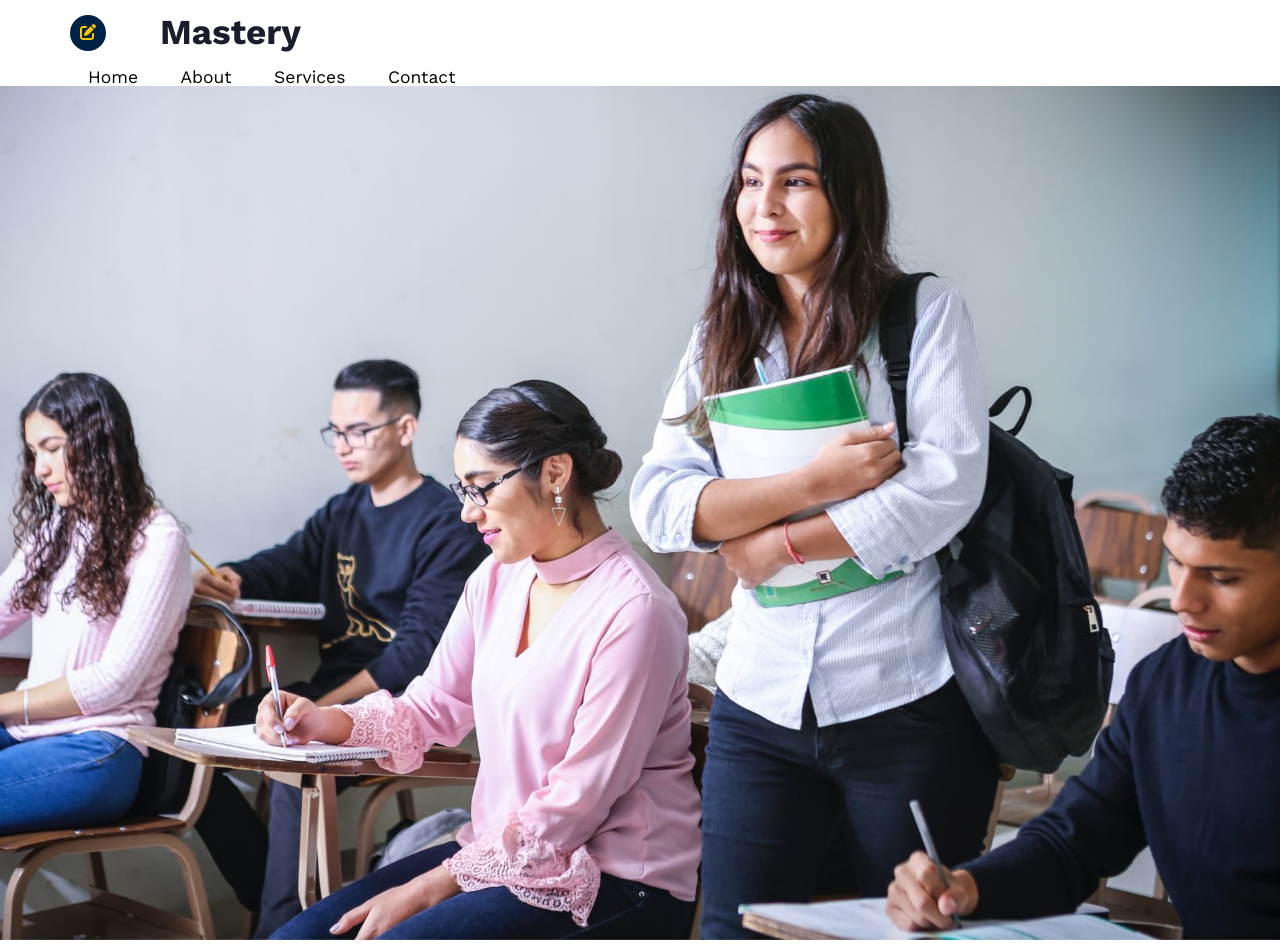
Repository: giahuy405/BC38__Mastery__Pham_Gia_Huy
Page: index.html
The author's editor kept a copy of each file at every save. The page is drawn from the files as they stood at one save, then again after the next save.
The browser window is 1280 px wide. The pictures show the whole page.

Above is the page before, as saved 2022-09-09 15:47:58.

After the next save:
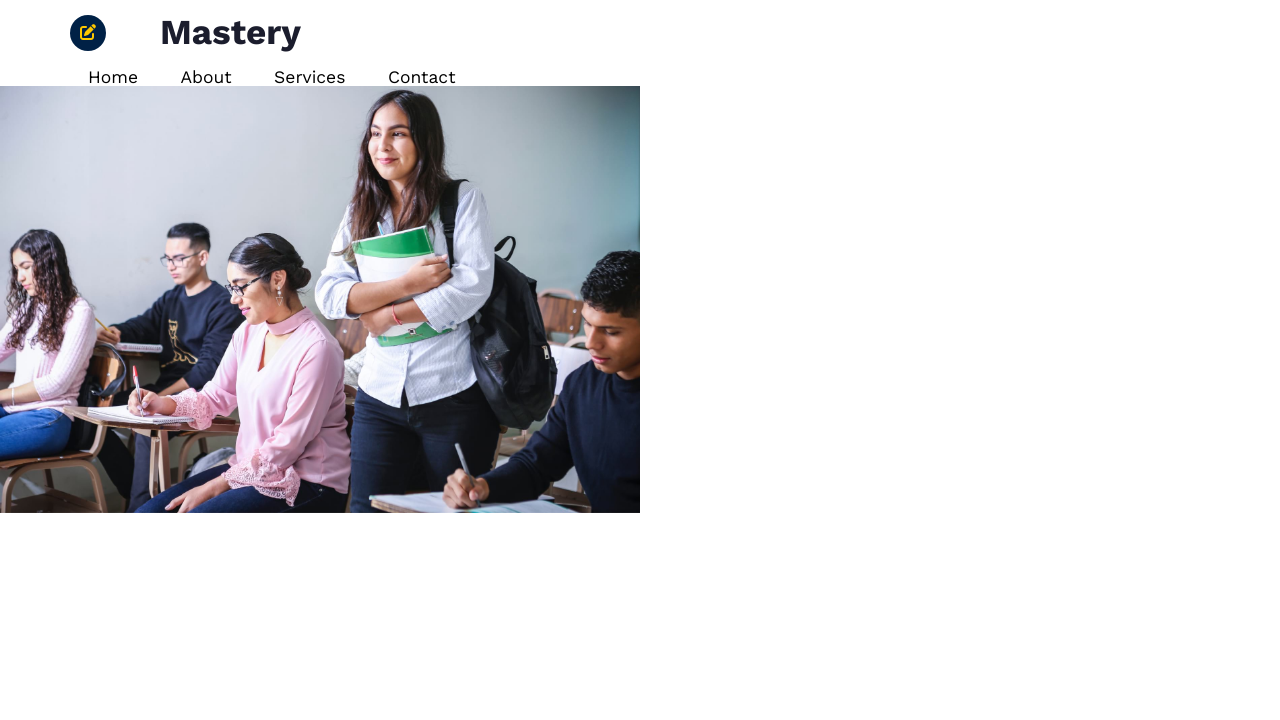
Saved 23 s later.
--- a/index.css
+++ b/index.css
@@ -178,5 +178,5 @@
     width: 100%;
 }
  .carousel img{
-    max-width: 100%;
+    max-width: 50%;
  }

After the save that followed:
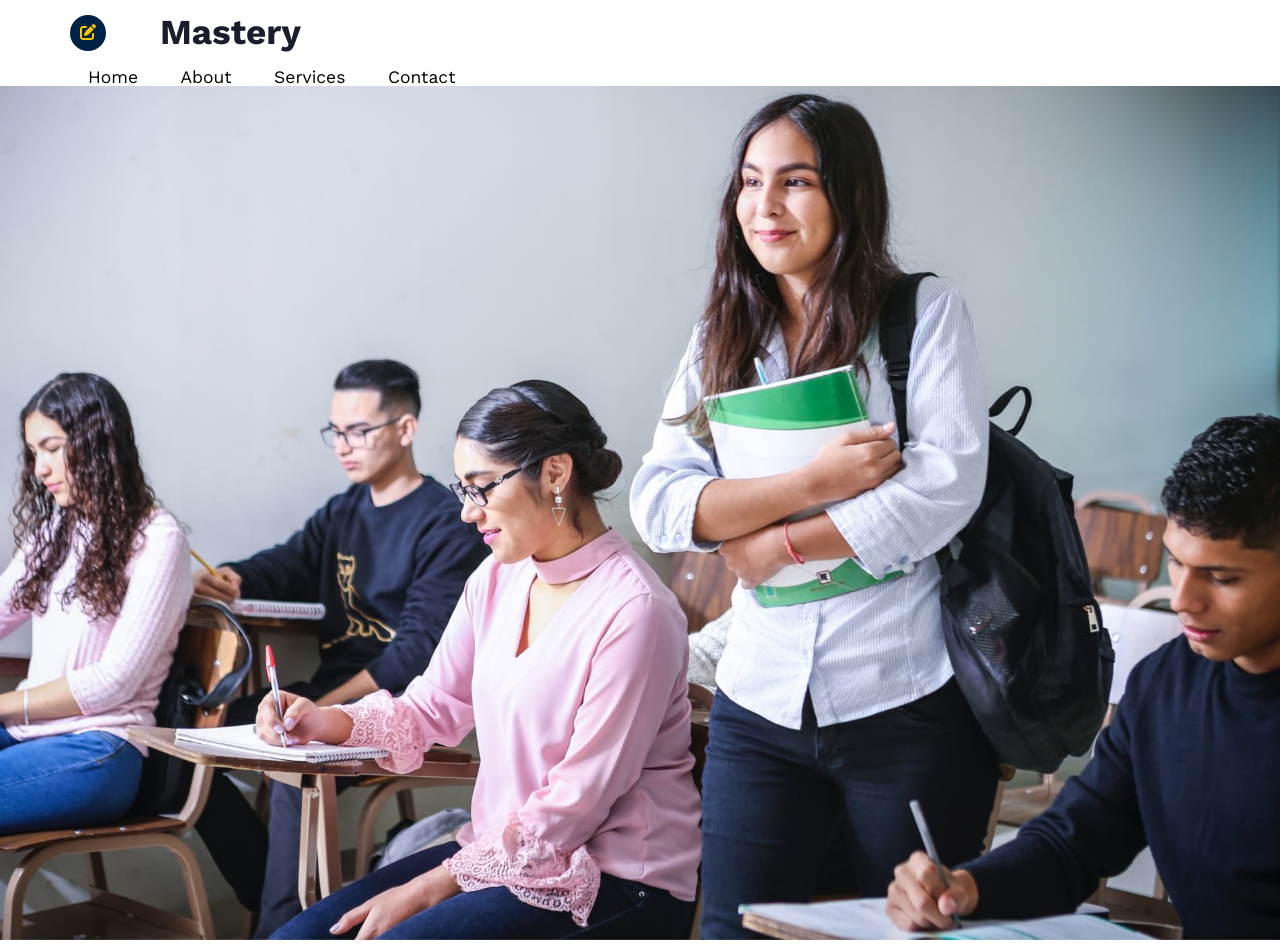
Saved 18 s later.
--- a/index.css
+++ b/index.css
@@ -178,5 +178,5 @@
     width: 100%;
 }
  .carousel img{
-    max-width: 50%;
+    max-width: 100%;
  }
